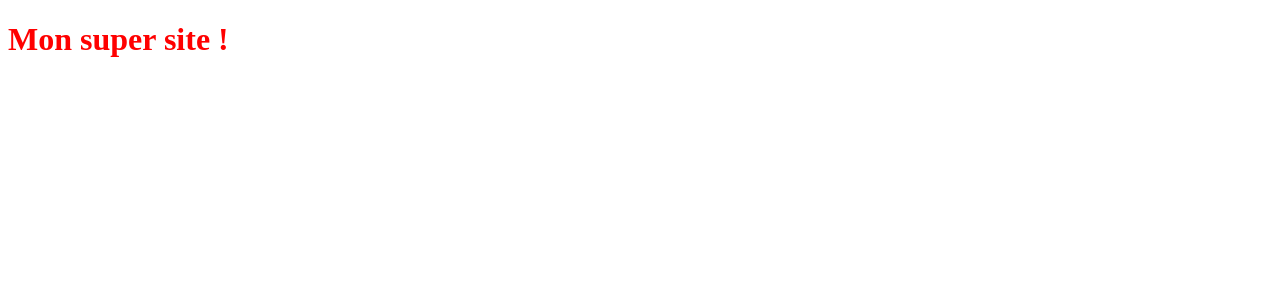
Repository: fbansept/ran4_24
Page: index.html
An editor plug-in stored every save of this project. The page is shown before and after the next save, followed by the edit.
The browser window is 1280 px wide. The pictures show the whole page.

Above is the page before, as saved 2024-10-22 11:15:45.

### index.html
<!DOCTYPE html>
<html lang="en">
  <head>
    <meta charset="UTF-8" />
    <meta name="viewport" content="width=device-width, initial-scale=1.0" />
    <title>Document</title>
    <script defer src="script.js"></script>

    <style>
        .test {
            color: red;
        }
    </style>

  </head>
  <body>
    <h1>Mon super site !</h1>
  </body>
</html>

### script.js
const monTitre = document.querySelector("body > h1");




monTitre.addEventListener("click", )

monTitre.classList.add("test");

After the next save:
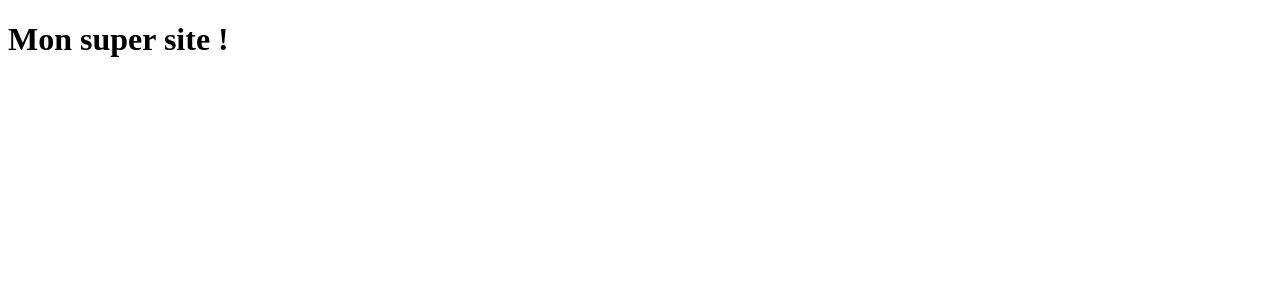
Console error: SyntaxError: Identifier 'monTitre' has already been declared
Saved 8 s later.
--- a/script.js
+++ b/script.js
@@ -1,6 +1,6 @@
 const monTitre = document.querySelector("body > h1");
 
-
+function
 
 
 monTitre.addEventListener("click", )

After the 4 saves that followed:
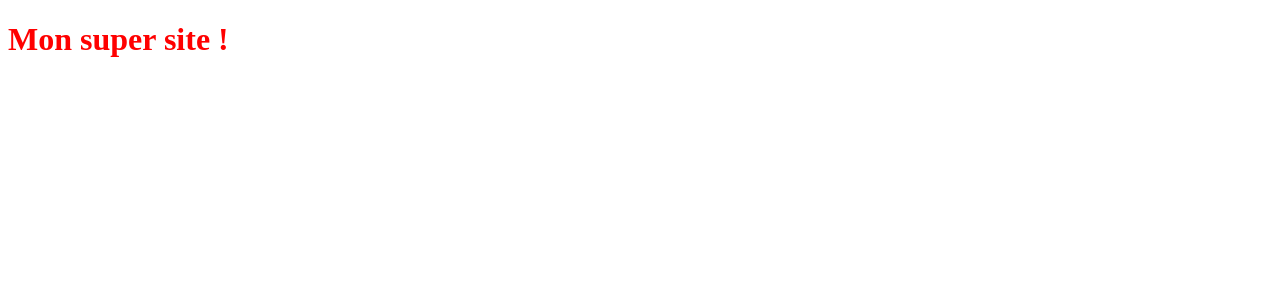
The error is gone.
The 4 saves are shown as one change because 2 left the picture as it was and some came seconds apart.
The last was saved 30 s later.
--- a/script.js
+++ b/script.js
@@ -1,6 +1,8 @@
 const monTitre = document.querySelector("body > h1");
 
-function
+function clic() {
+
+}
 
 
 monTitre.addEventListener("click", )
